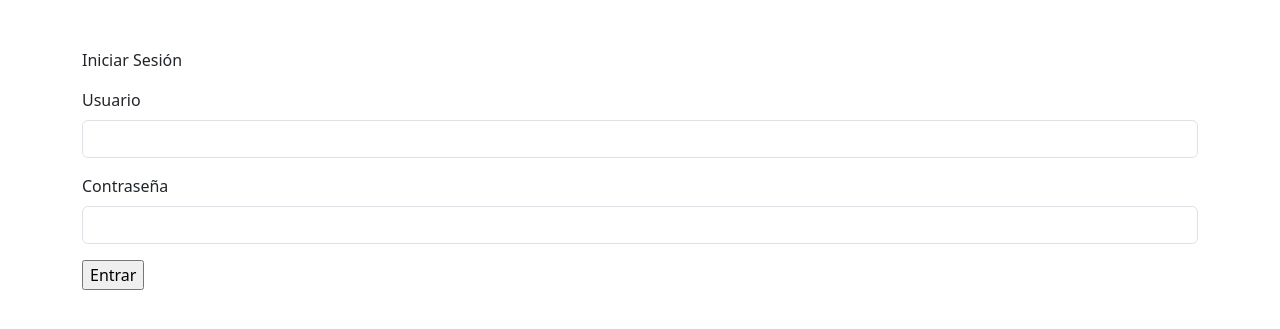
Repository: ingandresmolero/AdministrativoBarber
Page: http://localhost/
An editor plug-in stored every save of this project. The page is shown before and after the next save, followed by the edit.
The browser window is 1280 px wide. The pictures show the whole page.
The page is run by PHP 8.4 with error messages shown; the project is at /var/www/html/.

Above is the page before, as saved 2023-04-25 21:02:36.

### NEW/index.php
<?php include('php/login.php'); ?>
<!DOCTYPE html>
<html lang="es">

<head>
    <meta charset="UTF-8">
    <meta http-equiv="X-UA-Compatible" content="IE=edge">
    <meta name="viewport" content="width=device-width, initial-scale=1.0">
    <link href="https://cdn.jsdelivr.net/npm/bootstrap@5.3.0-alpha3/dist/css/bootstrap.min.css" rel="stylesheet" integrity="sha384-KK94CHFLLe+nY2dmCWGMq91rCGa5gtU4mk92HdvYe+M/SXH301p5ILy+dN9+nJOZ" crossorigin="anonymous">
    <title>System</title>
</head>

<body>


    <section class="container mt-5">
        <p>Iniciar Sesión</p>
        <form action="" method="post">

                <div class="mb-3 user">
                    <label for="exampleInputEmail1" class="form-label">Usuario</label>
                    <input type="text" class="form-control" name="usuario" id="exampleInputEmail1" aria-describedby="emailHelp">

                </div>
                <div class="mb-3 password">
                    <label for="exampleInputPassword1" class="form-label">Contraseña</label>
                    <input type="password" class="form-control" name="passw" id="exampleInputPassword1">
                </div>

                <p><input type="submit" name="login" value="Entrar"></p>
        </form>
    </section>
    <script src="https://cdn.jsdelivr.net/npm/bootstrap@5.3.0-alpha3/dist/js/bootstrap.bundle.min.js" integrity="sha384-ENjdO4Dr2bkBIFxQpeoTz1HIcje39Wm4jDKdf19U8gI4ddQ3GYNS7NTKfAdVQSZe" crossorigin="anonymous"></script>
</body>

</html>

### NEW/php/login.php
<?php


  include("dbconn.php");
  session_start();
  if(isset($_POST["login"])){

    if($_POST["usuario"]== "" or $_POST["passw"]==""){
        echo "<center><h1>Usuario y contrasena no deben estar vacios</h1></center>";

}else{
    $username =$_POST["usuario"];
    $passw=$_POST["passw"];
    $query=$conn->prepare("SELECT * FROM usuarios WHERE user='$username' and passw='$passw'");
    $query -> execute();
    $control=$query ->fetch();

    if($control>0){
        $rol = $control['rol'];
        $_SESSION["username"]=$username;
        $_SESSION["rol"] =$rol;
        header("Location:views/dashboard.php");

    }
    echo "<center><h1>Algun dato incorrecto.</h1></center>";
  }

}
?>

### NEW/php/dbconn.php
<?php
try{
    $user = "root";
    $passw = "";
    $conn=new PDO("mysql:host=localhost;dbname=gestionsys",$user,$passw);

}catch(PDOException $e){
    print "Error!: " . $e->getMessage()."<br/>";
    die();
}


?>

After the next save:
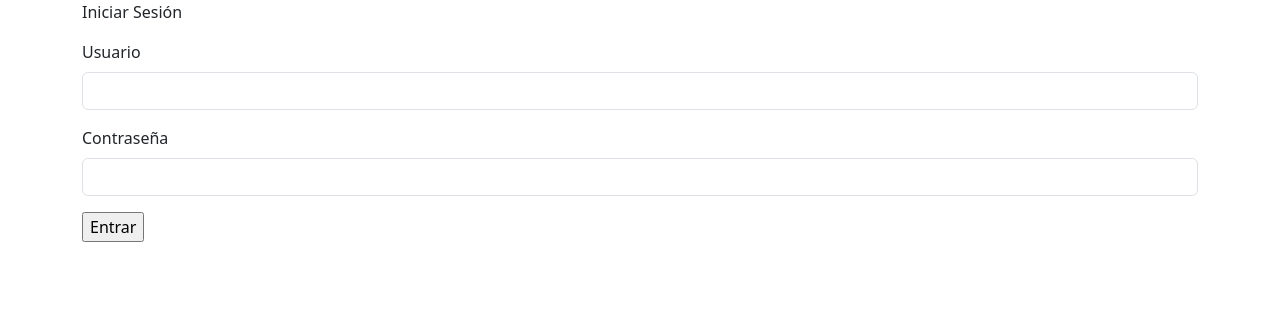
Saved 18 min 23 s later.
--- a/NEW/index.php
+++ b/NEW/index.php
@@ -13,7 +13,7 @@
 <body>
 
 
-    <section class="container mt-5">
+    <section class="container">
         <p>Iniciar Sesión</p>
         <form action="" method="post">
 
